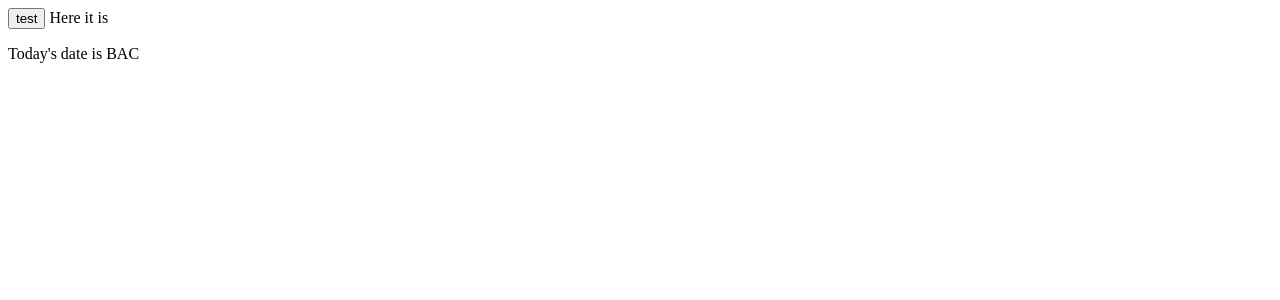
Repository: shutterfly2011/apache
Page: JavaScriptTest/htmlContainer.html
An editor plug-in stored every save of this project. The page is shown before and after the next save, followed by the edit.
The browser window is 1280 px wide. The pictures show the whole page.

Above is the page before, as saved 2015-09-20 03:17:12.

After the next save:
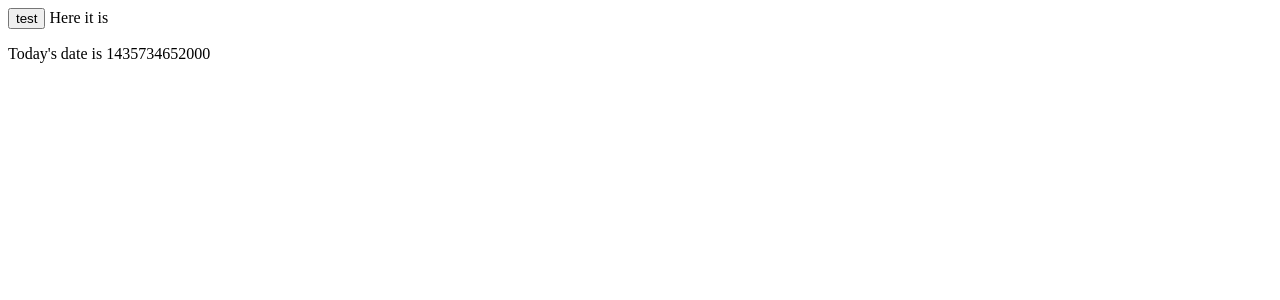
Saved 26 s later.
--- a/JavaScriptTest/htmlContainer.html
+++ b/JavaScriptTest/htmlContainer.html
@@ -25,7 +25,7 @@
 		}
 	</script>
 	<script type="text/javascript">
-	document.getElementById("todayDate").innerHTML = 'BAC';
+	document.getElementById("todayDate").innerHTML = Date.now();
 	</script>
 </body>
 </html>
